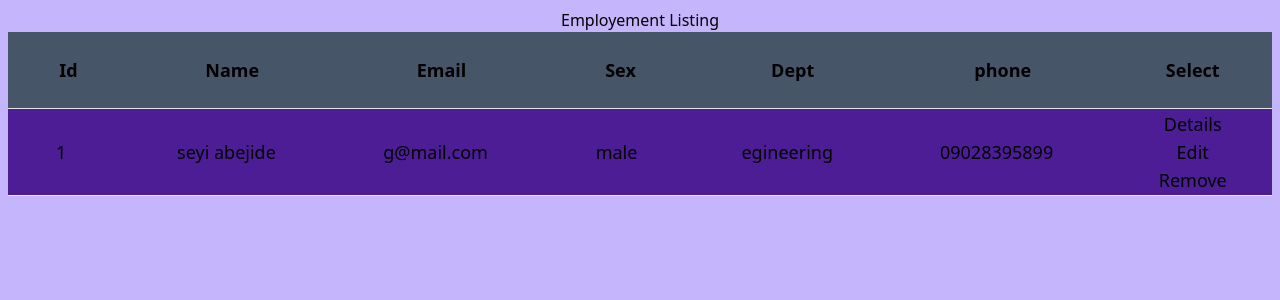
Repository: Semanmernstack/crud
Page: /
An editor plug-in stored every save of this project. The page is shown before and after the next save, followed by the edit.
The browser window is 1280 px wide. The pictures show the whole page.
The project was rebuilt for these pictures with package versions that can differ from the ones it lists, and the page was loaded fresh each time. Requests to the local data server were answered from the project's data file. Also part of the build but not shown: src/Details.js, src/Create.js, src/Edit.js.

Above is the page before, as saved 2022-12-24 01:07:49.

### src/App.js
import List from "./List";
import {
  BrowserRouter,
  Routes,
  Route,

} from "react-router-dom";
import Details from "./Details";
import Create from "./Create";
import Edit from "./Edit";



function App() {
  return (
    <div className="bg-slate-100 h-screen">
      <BrowserRouter>

      <Routes>
        <Route path="/" element={<List/>}> </Route>
        <Route path="/employee/create" element={<Create/>}> </Route>
        <Route path="/employee/details/:empid" element={<Details/>}> </Route>
        <Route path="/employee/edit/:empid" element={<Edit/>}> </Route>
      </Routes>
      </BrowserRouter>

    </div>
  );
}

export default App;

### src/List.js

import React, { useEffect, useState } from 'react'

function List() {
    const [records, setRecords] = useState("")

    useEffect(() => {
        fetch("http://localhost:8000/employee").then((res) => {
            return res.json()
        }).then((resp) => {
            console.log(resp)
            setRecords(resp)

        })

    }, [])
  return (
    <div className="overflow-x-hidden lg:max-w-7xl mx-auto  p-2 items-center bg-violet-300 h-screen   ">

        <p className='text-centre justify-center flex'> Employement Listing</p>


        <table className="  w-[100%] bg-violet-900 text-sm md:text-sm lg:text-lg   " >

            <thead>
                <tr className="border-b bg-slate-600">
                    <th scope='col' className=" lg:py-6 lg:px-12 py-4 px-6">Id</th>
                    <th scope='col' className=" lg:py-6 lg:px-12 py-4 px-6">Name</th>
                    <th scope='col' className=" lg:py-6 lg:px-12 py-4 px-6">Email</th>
                    <th scope='col' className=" lg:py-6 lg:px-12 py-4 px-6">Sex</th>
                    <th scope='col' className=" lg:py-6 lg:px-12 py-4 px-6">Dept</th>
                    <th scope='col' className=" lg:py-6 lg:px-12 py-4 px-6">phone</th>
                    <th scope='col' className=' lg:py-6 lg:px-12 py-4 px-6'>Select</th>

                </tr>
            </thead>
            <tbody>
                {
                    records &&
                    records.map((record) => (
                    <tr className="border-b" key={record.id}>
                        <td className=" lg:py-6 lg:px-12 py-3 px-4">{record.id}</td>
                        <td className=" lg:py-6 lg:px-12 py-3 px-4" >{record.name}</td>
                        <td className=" lg:py-6 lg:px-12 py-3 px-4">{record.email}</td>
                        <td className=" lg:py-6 lg:px-12 py-3 px-4">{record.sex}</td>
                        <td className=" lg:py-6 lg:px-12 py-3 px-4">{record.dept}</td>
                        <td className=" lg:py-6 lg:px-12 py-3 px-4">{record.phone}</td>
                        <td className='flex flex-col'>
                            <button>Details</button>
                            <button>Edit</button>
                            <button>Remove</button>

                        </td>
                    </tr>
                    ))
                }

            </tbody>

        </table>




    </div>
  )
}

export default List

### db.json
{
  "employee": [
    {
      "id": 1,
      "name": "seyi abejide",
      "email": "g@mail.com",
      "phone": "09028395899",
      "dept": "egineering",
      "sex": "male"

    }
  ]

}

Loaded but not shown: public/index.html (common file); src/index.js (common file); src/index.css (common file); src/reportWebVitals.js (common file); tailwind.config.js (common file)

After the next save:
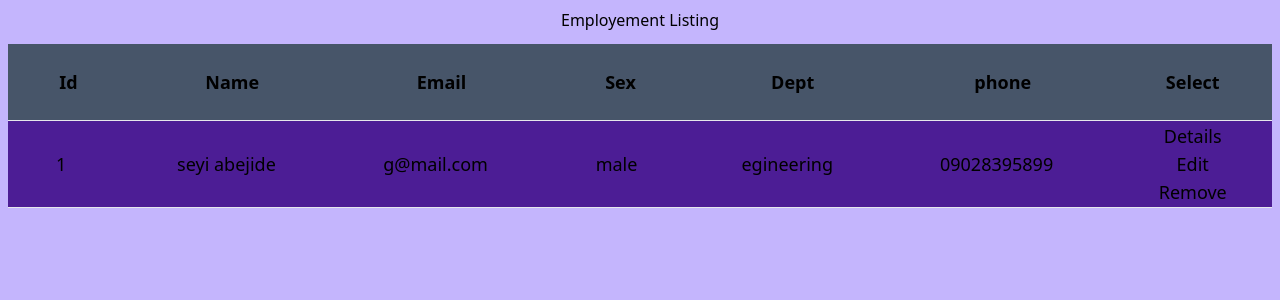
Saved 7 s later.
--- a/src/List.js
+++ b/src/List.js
@@ -17,7 +17,7 @@ function List() {
   return (
     <div className="overflow-x-hidden lg:max-w-7xl mx-auto  p-2 items-center bg-violet-300 h-screen   ">
 
-        <p className='text-centre justify-center flex'> Employement Listing</p>
+        <p className='text-centre justify-center flex mb-3'> Employement Listing</p>
 
 
         <table className="  w-[100%] bg-violet-900 text-sm md:text-sm lg:text-lg   " >
